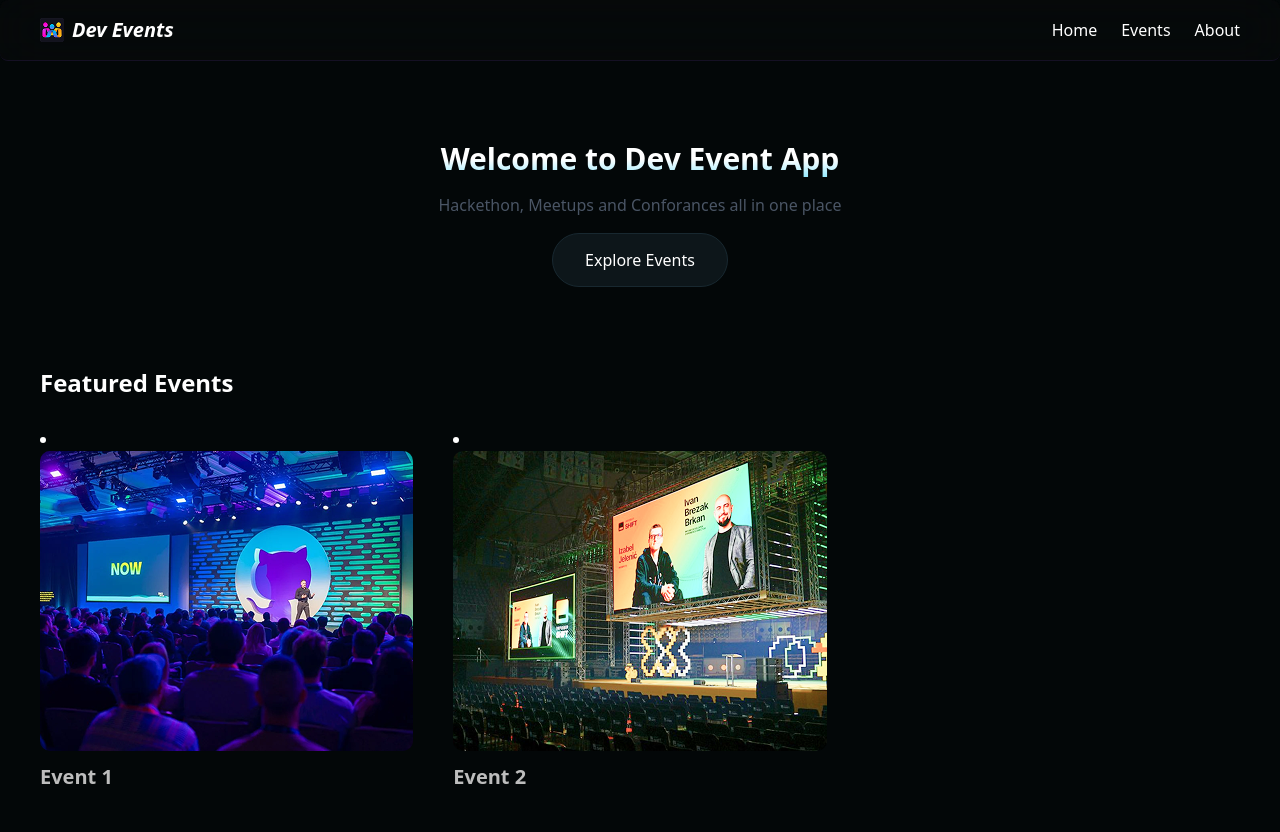
Repository: harshhariyani404/dev-events
Page: /
An editor plug-in stored every save of this project. The page is shown before and after the next save, followed by the edit.
The browser window is 1280 px wide. The pictures show the whole page.
The project was rebuilt for these pictures with package versions that can differ from the ones it lists, and the page was loaded fresh each time. The framework's server and built-in components were replaced by stand-ins that run in the browser. Also part of the build but not shown: next.config.ts.

Above is the page before, as saved 2026-02-06 15:46:07.

### app/layout.tsx
import type { Metadata } from "next";
import { Geist, Geist_Mono } from "next/font/google";
import "./globals.css";
import Navbar from "./components/Navbar";

const geistSans = Geist({
  variable: "--font-geist-sans",
  subsets: ["latin"],
});

const geistMono = Geist_Mono({
  variable: "--font-geist-mono",
  subsets: ["latin"],
});

export const metadata: Metadata = {
  title: "Dev Event App",
  description: "Generated by create next app",
};

export default function RootLayout({
  children,
}: Readonly<{
  children: React.ReactNode;
}>) {
  return (
    <html lang="en">
      <body
        className={`${geistSans.variable} ${geistMono.variable} antialiased`}
      >
        <Navbar />
        <main>
          {children}
        </main>

      </body>
    </html>
  );
}

### app/page.tsx
import Exploarbtn from "./components/Exploarbtn";
import EventCard from "./components/EventCard";

const events = [
    {image:'/images/event1.png', title:'Event 1'},
    {image:'/images/event2.png', title:'Event 2'},

]

const page = () => {
  return (
    <section>
      <h1 className="text-3xl font-bold text-center mt-10">Welcome to Dev Event App</h1>
      <p className="text-center mt-4 text-gray-600">Hackethon, Meetups and Conforances all in one place</p>
      <Exploarbtn />
      <div className="mt-20 space-y-7">
        <h3>Featured Events</h3>
        <ul className="events">
          {events.map((event) => (
            <li key={event.title}>
              <EventCard {...event} />
            </li>
          ))}

        </ul>
      </div>
    </section>
  );
}

export default page;

### app/components/Navbar.tsx
import Link from "next/link";
import Image from "next/image";
import logo from '../../public/icons/logo.png';
const Navbar = () => {
  return (
    <header>
        <nav>
            <Link href="/" className="logo">
                <Image src={logo} alt="logo" width={24} height={24} />
                <p>Dev Events</p>
            </Link>
            <ul>
                <Link href="/">Home</Link>
                <Link href="/events">Events</Link>
                <Link href="/about">About</Link>
            </ul>
        </nav>
    </header>
  );
}

export default Navbar;

### app/components/Exploarbtn.tsx
'use client';
import Link from "next/link";
const Exploarbtn = () => {
  return (
    <div>
      <button type="button" id="explore-btn" className="mt-4 mx-auto"  onClick={()=>console.log('hello world')}>
        <Link href='#events'>
            Explore Events
        </Link>
      </button>
    </div>
  );
}

export default Exploarbtn;

### app/components/EventCard.tsx
import Link from "next/link";
import Image from "next/image";
interface Props{
    image:string;
    title:string;
}
const EventCard = ({ title, image }:Props) => {
  return (
    <div>
      <Link href={`/events`} id='event-card'>
        <Image src={image} alt={title} width={400} height={300} className="poster"/>
        <p className="title">{title}</p>
      </Link>
    </div>
  );
}

export default EventCard;

Loaded but not shown: app/globals.css (common file)

After the next save:
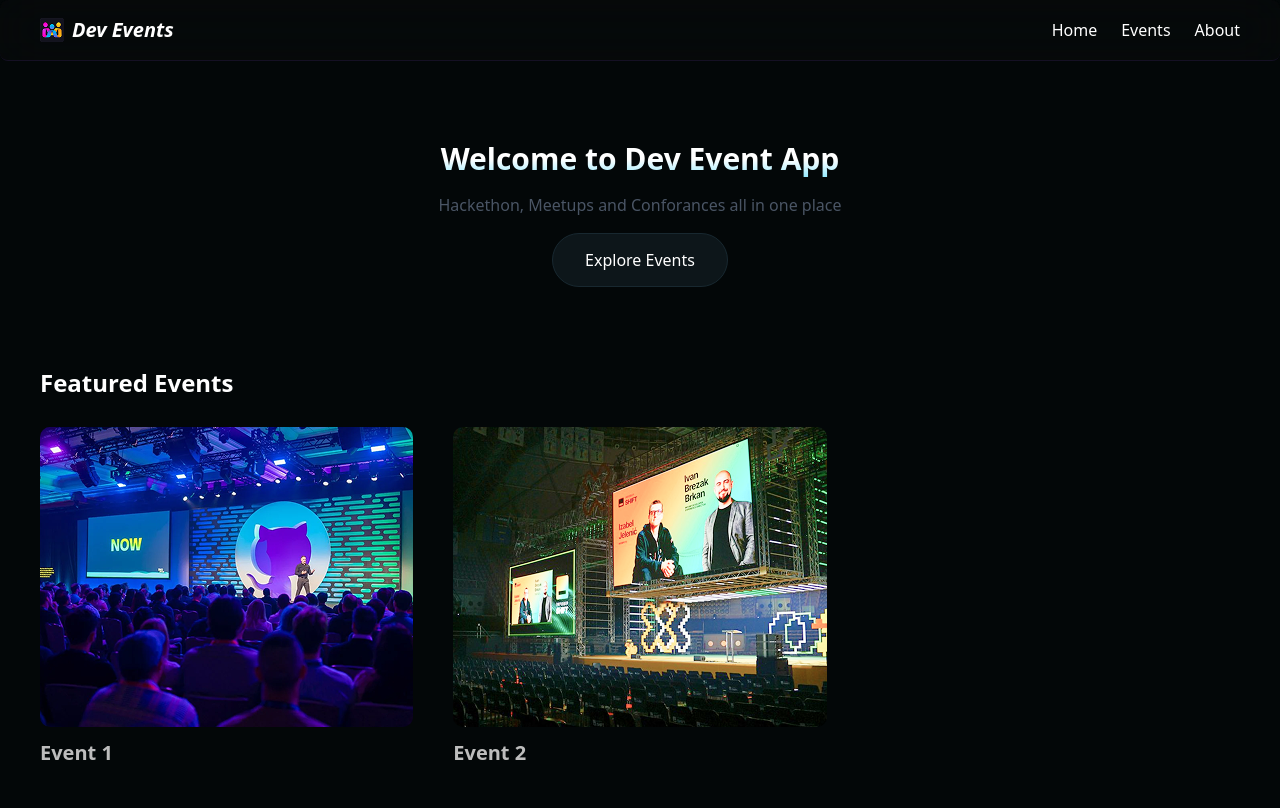
Saved 9 min 2 s later.
--- a/app/page.tsx
+++ b/app/page.tsx
@@ -17,9 +17,9 @@ const page = () => {
         <h3>Featured Events</h3>
         <ul className="events">
           {events.map((event) => (
-            <li key={event.title}>
+
               <EventCard {...event} />
-            </li>
+
           ))}
 
         </ul>
